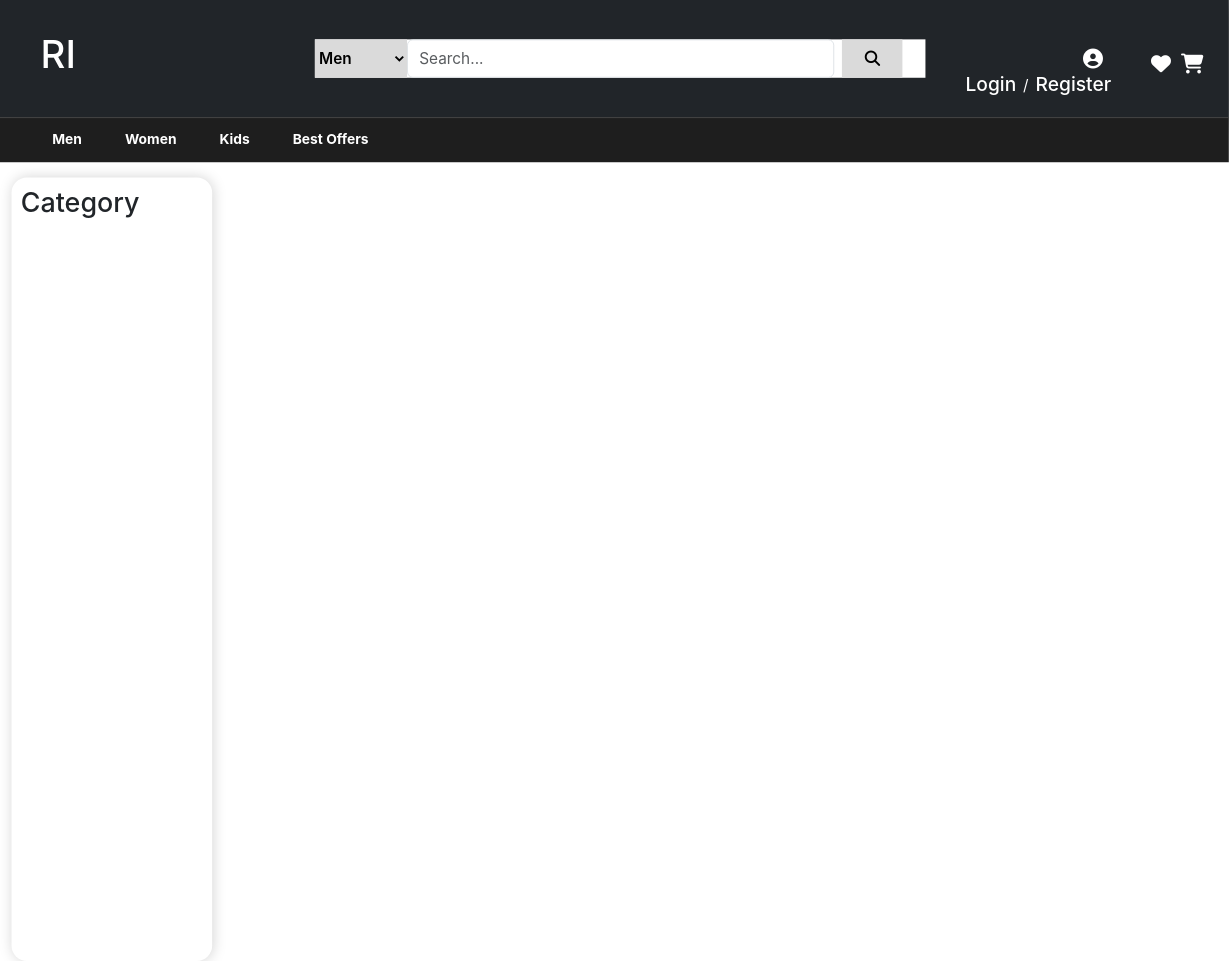
Repository: KodandaraoChellapilli/e-store
Page: /
These files come from the project's save history. The page is drawn as it stood at one moment and after a run of saves; the edit follows.
The browser window is 1280 px wide. The pictures show the whole page, at 96% of full size.
The project was rebuilt for these pictures with package versions that can differ from the ones it lists, and the page was loaded fresh each time. Also part of the build but not shown: src/App.css.

Above is the page before, as saved 2025-06-09 14:41:51.

After the next 2 saves:
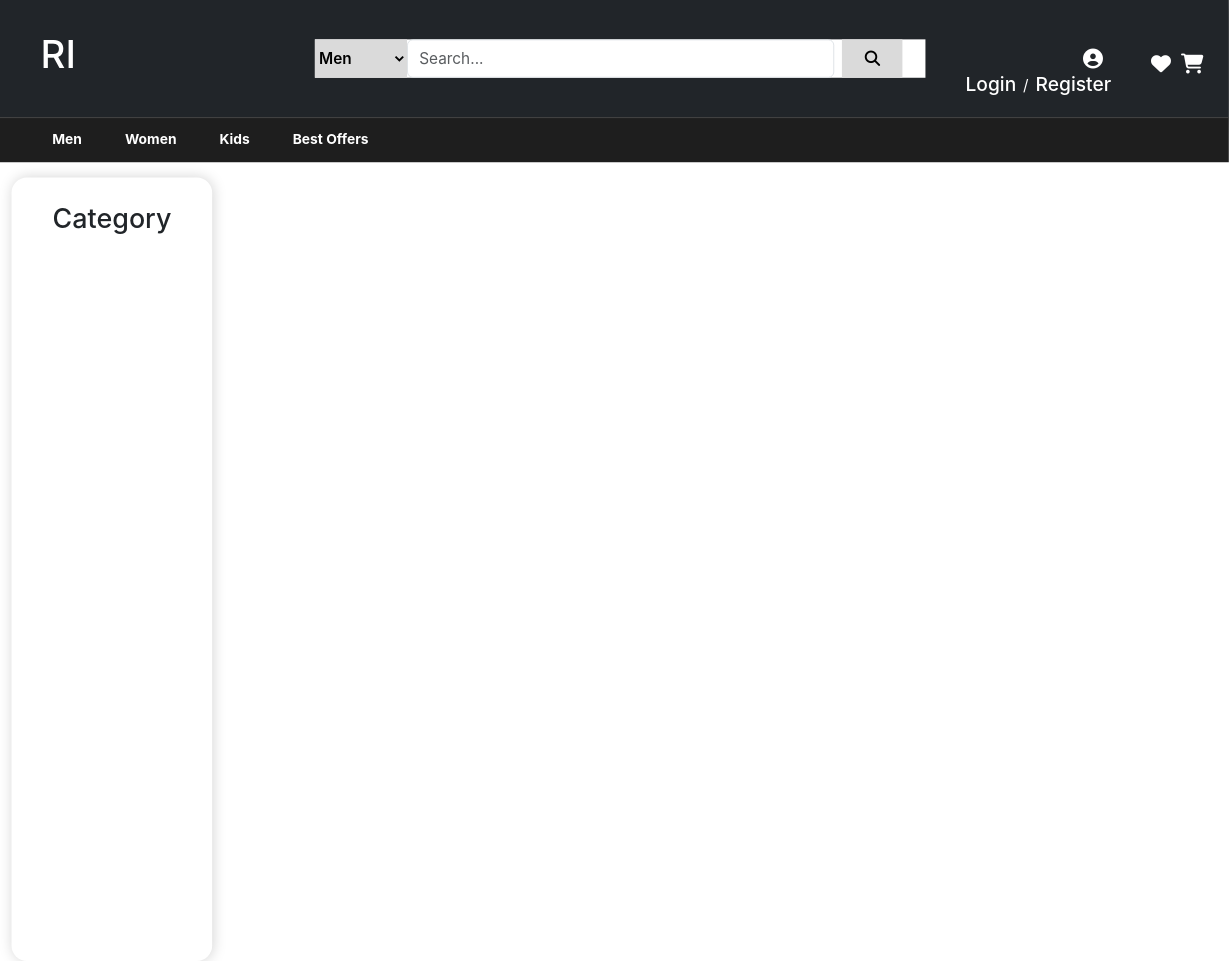
The 2 saves are shown as one change because 1 did not build or start.
The last was saved 80 s later.
--- a/src/Components/SideNav/_side-nav.scss
+++ b/src/Components/SideNav/_side-nav.scss
@@ -3,5 +3,14 @@
     padding: 0.6em;
     box-shadow: 1px 0px 14px 0px lightgray;
     height: 51em;
-    border-radius: 1em
+    border-radius: 1em;
+
+
+    .section-title{
+        padding: 1em;
+
+        h3{
+            text-align: center;
+        }
+    }
 }
